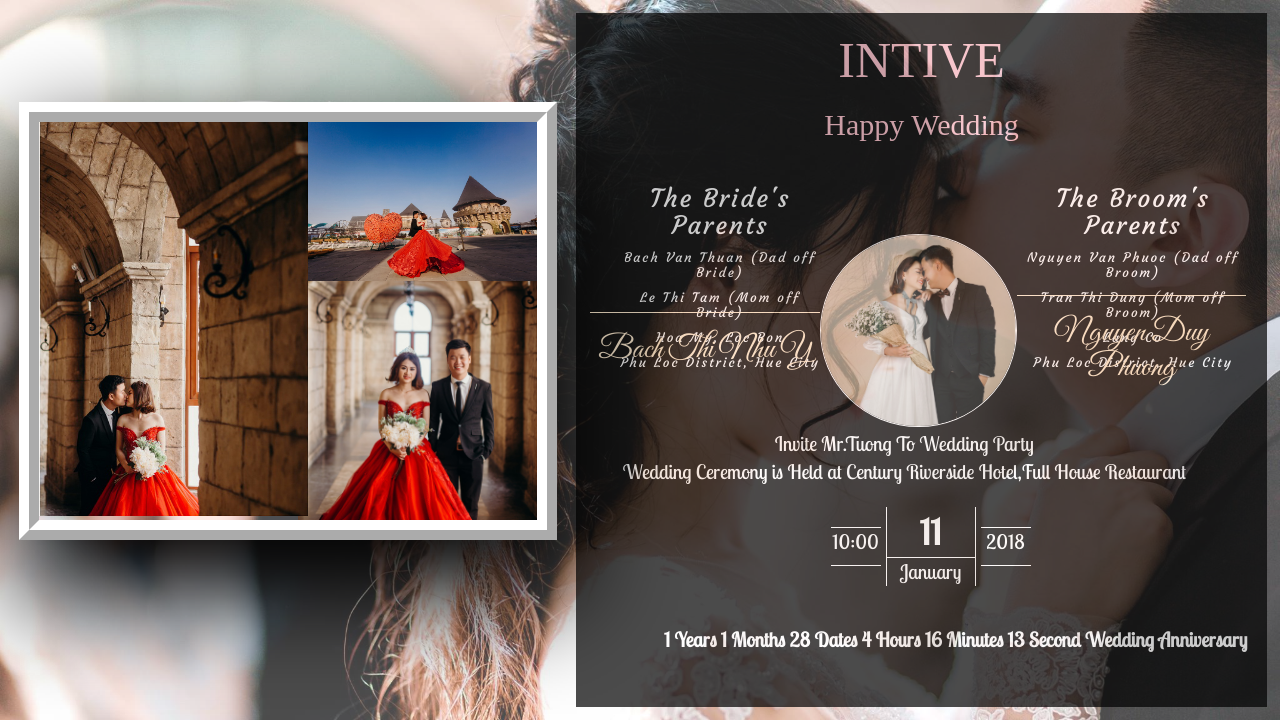
Repository: nguyenhuutuong999/WeddingOfSister
Page: index.html
These files come from the project's save history. The page is drawn as it stood at one moment and after the next save; the edit follows.
The browser window is 1280 px wide. The pictures show the whole page.
Some web fonts or font styles are not loaded; a fallback is used.

Above is the page before, as saved 2019-09-17 21:24:08.

### index.html
<!doctype html>
<html>

<head>
    <meta charset="utf-8">
    <meta name="viewport" content="width=device-width, initial-scale=1">
    <title>Wedding</title>

    <!-- Latest compiled and minified CSS & JS -->

    <link rel="stylesheet" href="./style.css">


    <!-- Latest compiled and minified CSS & JS -->
    <link rel="stylesheet" media="screen" href="//netdna.bootstrapcdn.com/bootstrap/3.3.4/css/bootstrap.min.css">
    <script src="//code.jquery.com/jquery.js"></script>
    <script src="//netdna.bootstrapcdn.com/bootstrap/3.3.4/js/bootstrap.min.js"></script>

    <link rel="stylesheet" href="./animate.css">
    <script type="text/javascript" src="./wow.min.js"></script>
    <script>
        new WOW().init();
    </script>

</head>


<body>
    <div id="container">
        <div id="opacity-background"></div>

        <div id="album">
            <img id="vh" name="image_vh" src="./images/vh1.jpg" class="wow fadeInLeft" data-wow-duration="1s">
            <img id="hh" name="image_hh" src="./images/hh1.jpg" class="wow fadeInRight" data-wow-duration="1s">
            <img id="s" name="image_s" src="./images/s1.jpg" class="wow fadeInUp" data-wow-duration="1s">
        </div>
        <div id="content">
            <h1 id="invite">INTIVE</h1>
            <h2 id="happy">Happy Wedding</h2>
            <div id="infor">
                <div id="bride" class="wedding">
                    <!-- // <label>Le Thi Thanh Ngan</label> -->
                    <h3>The Bride's Parents</h3>
                    <p>Bach Van Thuan (Dad off Bride)</p>
                    <p>Le Thi Tam (Mom off Bride)</p>
                    <p>Hoa My, Loc Bon</p>
                    <p>Phu Loc District, Hue City</p>

                </div>
                <div id="broom" class="wedding">
                    <!--  -->
                    <h3>The Broom's Parents</h3>
                    <p>Nguyen Van Phuoc (Dad off Broom)</p>
                    <p>Tran Thi Dung (Mom off Broom)</p>
                    <p>Lang Co</p>
                    <p>Phu Loc District, Hue City</p>

                </div>
                <!-- <canvas id="myCanvas" width="470" height="300"></canvas> -->

            </div>
            <div id="colorful">
                <h2 style="margin-left: 0px;" class="name">Bach Thi Nhu Y</h2>
                <img name="image_s" id="radius" src="./images/s1.jpg" class="wow zoomIn" data-wow-duration="1s" />
                <h2 style="margin-left: 0px;" class="name">Nguyen Duy Phuong</h2>
            </div>
            <div id="desc">
                <div style="color: white; position: relative; margin-top: 44%;">Invite Mr.Tuong To Wedding Party</div>
                <div id="place">Wedding Ceremony is Held at Century Riverside Hotel,Full House Restaurant</div>
                <div id="time">
                    <div id="hour" class="border1">10:00</div>
                    <div id="day-month">
                        <div id="day">11</div>
                        <div id="month">January</div>
                    </div>
                    <div id="year" class="border1">2018</div>
                </div>

            </div>
            <p id="countDown"></p>
        </div>

</body>

</html>
<script type="text/javascript">
    window.onload = function () {

        setTimeout("switchImageVH()", 5000);
        setTimeout("switchImageS()", 5000);
        setTimeout("switchImageHH()", 5000);
    }
    var current_vh = 1;
    var num_image_vh = 7;

    var current_s = 1;
    var num_image_s = 7

    var current_hh = 1;
    var num_image_hh = 7;

    function switchImageVH() {
        current_vh++;
        document.images['image_vh'].src = './images/vh' + current_vh + '.jpg';

        if (current_vh < num_image_vh) {
            setTimeout("switchImageVH()", 5000);

        } else if (current_vh == num_image_vh) {

            current_vh = 1;
            setTimeout("switchImageVH()", 5000);
        }


    }
    function switchImageS() {
        current_s++;
        document.images['image_s'].src = './images/s' + current_s + '.jpg';

        if (current_s < num_image_s) {
            setTimeout("switchImageS()", 5000);

        } else if (current_s == num_image_s) {
            current_s = 1;
            setTimeout("switchImageS()", 5000);
        }
    }
    function switchImageHH() {
        current_hh++;
        document.images['image_hh'].src = './images/hh' + current_hh + '.jpg';

        if (current_hh < num_image_s) {
            setTimeout("switchImageHH()", 5000);

        } else if (current_hh == num_image_s) {
            current_hh = 1;
            setTimeout("switchImageHH()", 5000);
        }
    }

    var dateWedding = {
        year: 2018,
        month: 3,
        date: 11,
        hour: 9,
        minutes: 59,
        second: 59,
    }
    var dateAnniver = {
        year: 2018,
        month: 7,
        date: 19,
        hour: 24,
        minutes: 00,
        second: 00,
    }

    setInterval(function () {
        var today = new Date();


            if(today.getFullYear() - dateWedding.year < 0){
                if (today.getMonth() + 1 - dateWedding.month >= 0) {
                if (today.getDate() - dateWedding.date >= 0) {
                        var date = (today.getFullYear() - dateWedding.year+1) + " Years " + (12-(today.getMonth() + 1 - dateWedding.month)-1) + " Months " + (30-(today.getDate() - dateWedding.date)) + " Dates " + Math.abs((dateWedding.hour - today.getHours())) + " Hours " + Math.abs((today.getMinutes() - dateWedding.minutes)) + " Minutes " + (Math.abs(today.getSeconds() - dateWedding.second) + "Will be Organization");
                        console.log("a")
                    }
                else   {
                     var date = ((today.getFullYear() - dateWedding.year+1)) + " Years " + (12-(today.getMonth()+1 - dateWedding.month)) + " Months " + Math.abs((today.getDate() - dateWedding.date)) + " Dates " + Math.abs((dateWedding.hour - today.getHours())) + " Hours " + Math.abs((today.getMinutes() - dateWedding.minutes)) + " Minutes " + (Math.abs(today.getSeconds() - dateWedding.second) + " Will be Organization");
                        console.log("c")
                    }
                }
            }

            // if (today.getFullYear() - dateAnniver.year > 0) {
            //     if (today.getDate() - dateAnniver.date >= 0) {
            //         if (today.getMonth() + 1 - dateAnniver.month >= 0) {
            //             var date = (today.getFullYear() - dateAnniver.year) + " Years " + (today.getMonth() + 1 - dateAnniver.month) + " Months " + (today.getDate() - dateAnniver.date) + " Dates " + (dateAnniver.hour - today.getHours()) + " Hours " + (today.getMinutes() - dateAnniver.minutes) + " Minutes " + (today.getSeconds() - dateAnniver.second + " Second Wedding Anniversary");

            //         } else {
            //             var date = ((today.getFullYear() - dateAnniver.year) - 1) + " Years " + (12 + (today.getMonth() - dateAnniver.month + 1)) + " Months " + (today.getDate() - dateAnniver.date) + " Dates " + (dateAnniver.hour - today.getHours()) + " Hours " + (today.getMinutes() - dateAnniver.minutes) + " Minutes " + (today.getSeconds() - dateAnniver.second + " Second Wedding Anniversary");
            //         }
            //     }

            //     else if (today.getDate() - dateAnniver.date < 0) {
            //         if (today.getMonth() + 1 - dateAnniver.month >= 0) {
            //             var date = ((today.getFullYear() - dateAnniver.year)) + " Years " + (today.getMonth() - dateAnniver.month) + " Months " + (30 + today.getDate() - dateAnniver.date) + " Dates " + (dateAnniver.hour - today.getHours()) + " Hours " + (today.getMinutes() - dateAnniver.minutes) + " Minutes " + (today.getSeconds() - dateAnniver.second + " Second Wedding Anniversary");

            //         }
            //         else{
            //             var date = ((today.getFullYear() - dateAnniver.year) - 1) + " Years " + (12 + (today.getMonth() - dateAnniver.month)) + " Months " + (30 + today.getDate() - dateAnniver.date) + " Dates " + (dateAnniver.hour - today.getHours()) + " Hours " + (today.getMinutes() - dateAnniver.minutes) + " Minutes " + (today.getSeconds() - dateAnniver.second + " Second Wedding Anniversary");
            //         }
            //     }
            // }


            if (today.getFullYear() - dateAnniver.year > 0) {
                if (today.getMonth() + 1 - dateAnniver.month >= 0) {
                if (today.getDate() - dateAnniver.date >= 0) {
                        var date = (today.getFullYear() - dateAnniver.year) + " Years " + (today.getMonth() + 1 - dateAnniver.month) + " Months " + (today.getDate() - dateAnniver.date) + " Dates " + (dateAnniver.hour - today.getHours()) + " Hours " + (today.getMinutes() - dateAnniver.minutes) + " Minutes " + (today.getSeconds() - dateAnniver.second + " Second Wedding Anniversary");

                    } else {
                        var date = ((today.getFullYear() - dateAnniver.year)) + " Years " + (today.getMonth() - dateAnniver.month) + " Months " + (30 + today.getDate() - dateAnniver.date) + " Dates " + (dateAnniver.hour - today.getHours()) + " Hours " + (today.getMinutes() - dateAnniver.minutes) + " Minutes " + (today.getSeconds() - dateAnniver.second + " Second Wedding Anniversary");
                    }
                }

                else if (today.getMonth() + 1 - dateAnniver.month < 0) {
                if (today.getDate() - dateAnniver.date < 0) {

                    var date = ((today.getFullYear() - dateAnniver.year) - 1) + " Years " + (12 + (today.getMonth() - dateAnniver.month)) + " Months " + (30 + today.getDate() - dateAnniver.date) + " Dates " + (dateAnniver.hour - today.getHours()) + " Hours " + (today.getMinutes() - dateAnniver.minutes) + " Minutes " + (today.getSeconds() - dateAnniver.second + " Second Wedding Anniversary");

                    }
                    else{
                        var date = ((today.getFullYear() - dateAnniver.year) - 1) + " Years " + (12 + (today.getMonth() - dateAnniver.month + 1)) + " Months " + (today.getDate() - dateAnniver.date) + " Dates " + (dateAnniver.hour - today.getHours()) + " Hours " + (today.getMinutes() - dateAnniver.minutes) + " Minutes " + (today.getSeconds() - dateAnniver.second + " Second Wedding Anniversary");
                    }
                }
            }

        document.getElementById("countDown").innerHTML = date;
    }, 1000);



    // var canvas = document.getElementById('myCanvas');
    // var context = canvas.getContext('2d');

    // // Xác đinh tâm là trọng tâm của Canvas
    // var x = canvas.width / 2;
    // var y = canvas.height / 2;

    // // bán kính 75px
    // var radius = 130;

    // // Góc bắt đầu là 1.1PI
    // var startAngle = 1.1 * Math.PI;

    // // Góc kết thúc là 1.9PI
    // var endAngle = 1.9 * Math.PI;

    // // Cùng chiều kim đồng hồ
    // var counterClockwise = false;

    // // Vẽ đường cung
    // context.beginPath();
    // context.arc(x, y, radius, startAngle, endAngle, counterClockwise);
    // context.lineWidth = 1.5;

    // // line color
    // context.strokeStyle = 'blanchedalmond';
    // context.stroke();


</script>

### style.css
@import url('https://fonts.googleapis.com/css?family=Great+Vibes&display=swap');
@import url('https://fonts.googleapis.com/css?family=Cookie&display=swap');
@import url('https://fonts.googleapis.com/css?family=Courgette&display=swap');
@import url('https://fonts.googleapis.com/css?family=Berkshire+Swash|Great+Vibes&display=swap');
@import url('https://fonts.googleapis.com/css?family=Lobster+Two&display=swap');
body,html{
    top:0;
    margin: 0;
    padding: 0;
    font-family: Impact, Haettenschweiler, 'Arial Narrow Bold', sans-serif;
    width: 100%;
    height: 100%;
}

#container{
    display: flex;
    background-image: url("./images/wedding6.jpg.png");
    background-repeat: repeat;
    background-size: cover;
    width: 100%;
    height: 100%;
    position: relative;
}
#opacity-background{

    position: absolute;
    top: 0;
    left: 0;
    width: 100%;
    height: 100%;
    background:white;
    opacity: 0.3;

}

#content{

    position: relative;
    background: rgb(0, 0, 0);
    opacity: 0.7;
    width: 59%;
    float: left;
    margin: 1% 1% 1% 45%;

}
#album {
    margin: 8% 1.5% 0 1.5%;
    width: 42%;
    position: absolute;
    box-shadow: 10px 50px 100px 10px black;
    border: 20px ridge #ffffff;
}

#vh{
    width: 54%;
    position: absolute;

}
#hh{
    width: 48%;
    margin-left: 52%;

}
#s{
    width: 48%;
    margin-left: 52%;

}


#invite{
    font-family: 'Berkshire Swash', cursive;
    color: pink;
    text-align: center;
    font-size: 50px;
}
#happy{
    font-family: 'Berkshire Swash', cursive;
    color: pink;
    text-align: center;
}
#infor{
    color: white;
    font-family: 'Courgette', cursive;
    font-size: 13px;
    display: flex;
    position: absolute;
    padding: 2% 4%;
    width: 100%;
}
.wedding{
    width: calc(100%/2);
    letter-spacing: 2px;
    text-align: center;
    line-height: 15px;
}
.wedding h3{
    font-size: 25px;
}
#colorful{
    color: white;
    font-family: 'Great Vibes', cursive;
    display: flex;
    margin-top: 0px;
    position: absolute;
    text-align: center;
    width: 95%;
    align-items: center;
    margin-top: 12%;
    margin-left: 2%;

}
.name{
    border-style: solid;
    border-width: 1px 0 0 0;
    padding:  20px 0;
    margin-top: 50px;
    color: blanchedalmond;
    width: 35%;
    font-size: 32px;
}
#radius{
    border-radius: 100%;
    border: solid 1.5px white;
    width: 30%;
}

#desc{
    position: relative;
    color: white;
    font-family: 'Lobster Two', cursive;
    font-size: 20px;
    margin-top: 00%;
    text-align: center;
    width: 95%;
}



#time{
    display: flex;
    position: relative;
    width: 40%;
    margin-left: 38%;
}
#hour{
    margin: 40px 5px;
}

#year{

    margin: 40px 5px;
}
.border1{
    border-style: solid;
    border-width: 0.1px 0;
    width: 50px;
}
#day-month{
    border-style: solid;
    border-width: 0 1.5px;
    width: 90px;
    margin: 20px 0;
}
#day{
    border-style: solid;
    border-width: 0 0 1px 0;
    width: 100%;

    font-size: 35px;
    font-weight: bold;
}
/* #myCanvas{
    position: absolute;
    margin-top: 110px;
    margin-left: 185px;


} */

#bride{
    margin-left: 10px;
}
#broom{
    margin-left: 200px;
}
#countDown{
    position: relative;
    font-family: 'Lobster Two', cursive;
    color: white;
    text-align: right;
    font-size: 20px;
    font-weight: bold;
    margin-top: 0%;

    padding: 20px;
}

@media only screen and (max-width: 600px) {

    #container{
        display: inline-block;
        background-image: url("./images/wedding5.jpg");
        background-repeat: repeat;
        background-size: cover;
        width: 100%;
        height: 100%;
        position: relative;
    }
    #invite{

        margin-top: 0px;
        padding: 5px;
        font-size: 1em;
    }
    #happy{
        font-size: 0.8em;
        margin-top: -10px;
    }
    #infor{
        margin-top: -30px;
        font-size: 5px;
        padding: 5px 10px;
    }
    .wedding h3{
        font-size: 10px;
    }
    .wedding{
        width: calc(100%);
        letter-spacing: 0.5px;
        font-size: 6px;
        line-height: 0.5px;
    }

    #bride{
        margin-left: 0px;
    }
    #broom{
        margin-left: 70px;
    }
    #colorful{
        width: 95%;
        margin-top: 5%;
        margin-left: 2%;

    }
    .name{
        padding:  10px 0;
        font-size: 12px;
    }
    #radius{
        border: solid 0.5px white;
    }

    #desc{
        position: relative;
        color: white;
        font-family: 'Lobster Two', cursive;
        font-size: 10px;
        margin-top: 30%;
        text-align: center;
        width: 95%;
    }

    #time{
        display: flex;
        position: relative;
        width: 40%;
        margin-left: 35%;
        margin-top: -30px;
        font-size: 7px;
    }
    #hour{
        margin: 45px 5px;
        width: 20%;
    }

    #year{
        width: 20%;
        margin: 45px 5px;
    }

    #day-month{
        border-width: 0 1px;
        width: 40px;
        margin: 35px 0;
    }
    #day{
        width: 100%;
        font-size: 10px;

    }
    #countDown{

        font-size: 8px;
        margin-top: -5%;
    padding: 5px;

    }
    #content{

        position: relative;
        background: rgb(0, 0, 0);
        opacity: 0.7;
        width: 92%;
        margin: 4%;

    }
    #album {
        margin: 4%;
        width: 92%;
        position: absolute;
        margin-top: 80%;
        box-shadow: 10px 50px 100px 10px black;
        border: 15px ridge #ffffff;
    }

    #vh{
        width: 53%;

        position: absolute;

    }
    #hh{
        width: 48%;

        margin-left: 52%;

    }
    #s{
        width: 48%;
        margin-left: 52%;

    }


  }

  @media only screen and (min-width: 1600px) {

    #container{
        display: flex;
        background-image: url("./images/wedding6.jpg.png");
        background-repeat: repeat;
        background-size: cover;
        width: 100%;
        height: 100%;
        position: relative;
    }
    #opacity-background{

        position: absolute;
        top: 0;
        left: 0;
        width: 100%;
        height: 100%;
        background:white;
        opacity: 0.3;

    }

    #content{

        position: relative;
        background: rgb(0, 0, 0);
        opacity: 0.7;
        width: 59%;
        float: left;
        margin: 1% 1% 1% 45%;

    }
    #album {
        margin: 8% 1.5% 0 1.5%;
        width: 42%;
        position: absolute;
        box-shadow: 10px 50px 100px 10px black;
        border: 20px ridge #ffffff;
    }

    #vh{
        width: 54%;
        position: absolute;

    }
    #hh{
        width: 48%;
        margin-left: 52%;

    }
    #s{
        width: 48%;
        margin-left: 52%;

    }


    #invite{
        font-family: 'Berkshire Swash', cursive;
        color: pink;
        text-align: center;
        font-size: 70px;
    }
    #happy{
        font-family: 'Berkshire Swash', cursive;
        color: pink;
        text-align: center;
        font-size: 50px;
    }
    #infor{
        color: white;
        font-family: 'Courgette', cursive;
        font-size: 18px;
        display: flex;
        position: absolute;
        padding: 2% 4%;
        width: 100%;
    }
    .wedding{
        width: calc(100%/2);
        letter-spacing: 2px;
        text-align: center;
        line-height: 25px;
    }
    .wedding h3{
        font-size: 30px;
    }
    #colorful{
        color: white;
        font-family: 'Great Vibes', cursive;
        display: flex;
        margin-top: 0px;
        position: absolute;
        text-align: center;
        width: 95%;
        align-items: center;
        margin-top: 13%;
        margin-left: 2%;

    }
    .name{
        border-style: solid;
        border-width: 1px 0 0 0;
        padding:  20px 0;
        margin-top: 50px;
        color: blanchedalmond;
        width: 35%;
        font-size: 35px;
    }
    #radius{
        border-radius: 100%;
        border: solid 1.5px white;
        width: 30%;
    }

    #desc{
        position: relative;
        color: white;
        font-family: 'Lobster Two', cursive;
        font-size: 30px;
        margin-top: 00%;
        text-align: center;
        width: 95%;
    }



    #time{
        display: flex;
        position: relative;
        width: 50%;
        margin-left: 40%;
    }
    #hour{
        width:80px;
        margin: 80px 15px;
    }

    #year{
        width:80px;
        margin: 80px 5px;
    }

    #day-month{
        border-style: solid;
        border-width: 0 1.5px;
        width: 27%;
        margin: 30px 0;
    }
    #day{
        border-style: solid;
        border-width: 0 0 1px 0;
        width: 100%;
        font-size: 60px;
        font-weight: bold;
    }
    /* #myCanvas{
        position: absolute;
        margin-top: 110px;
        margin-left: 185px;


    } */

    #bride{
        margin-left: 10px;
    }
    #broom{
        margin-left: 200px;
    }
    #countDown{
        position: relative;
        font-family: 'Lobster Two', cursive;
        color: white;
        text-align: right;
        font-size: 20px;
        font-weight: bold;
        margin-top: 0%;
        font-style: italic;
        padding: 20px;
    }


  }

Loaded but not shown: animate.css (library); wow.min.js (library)

After the next save:
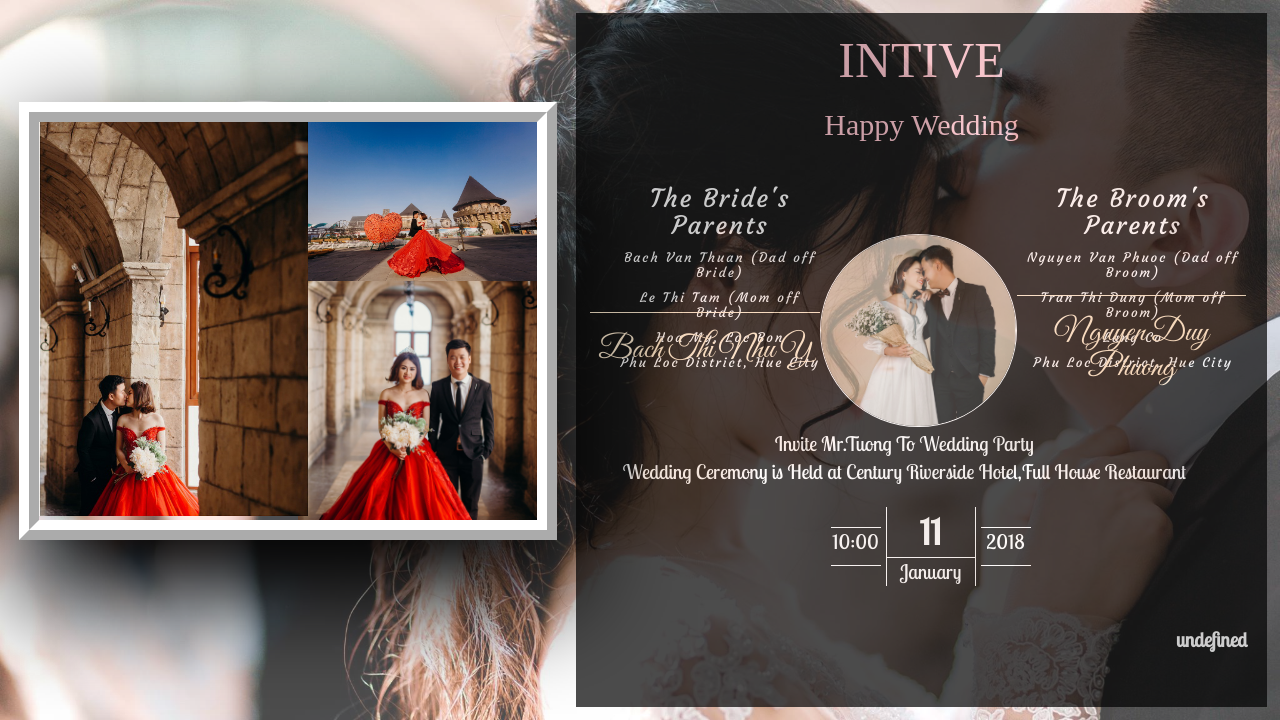
Saved 9 s later.
--- a/index.html
+++ b/index.html
@@ -148,7 +148,7 @@
         second: 59,
     }
     var dateAnniver = {
-        year: 2018,
+        year: 2020,
         month: 7,
         date: 19,
         hour: 24,

After the 4 saves that followed:
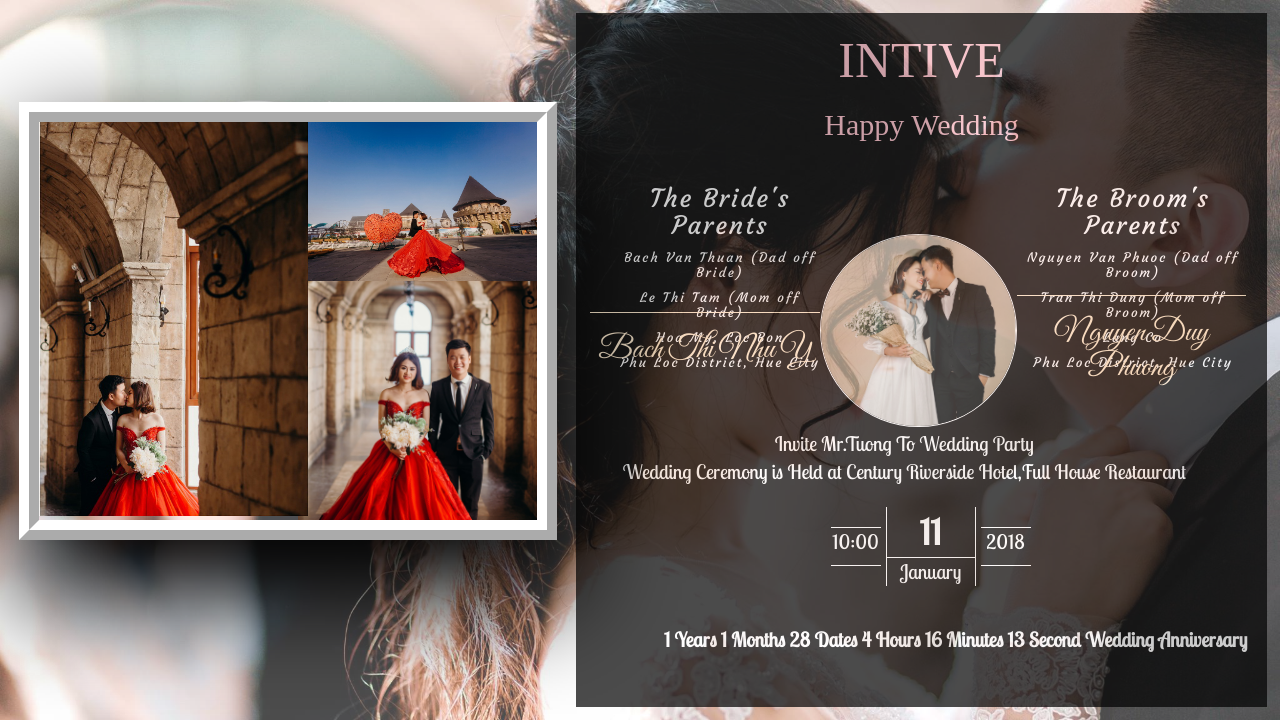
The 4 saves are shown as one change because 2 left the picture as it was and some came seconds apart.
The last was saved 3 min 50 s later.
--- a/index.html
+++ b/index.html
@@ -148,7 +148,7 @@
         second: 59,
     }
     var dateAnniver = {
-        year: 2020,
+        year: 2018,
         month: 7,
         date: 19,
         hour: 24,
@@ -213,6 +213,7 @@
                     }
                     else{
                         var date = ((today.getFullYear() - dateAnniver.year) - 1) + " Years " + (12 + (today.getMonth() - dateAnniver.month + 1)) + " Months " + (today.getDate() - dateAnniver.date) + " Dates " + (dateAnniver.hour - today.getHours()) + " Hours " + (today.getMinutes() - dateAnniver.minutes) + " Minutes " + (today.getSeconds() - dateAnniver.second + " Second Wedding Anniversary");
+                        console.log("a")
                     }
                 }
             }
